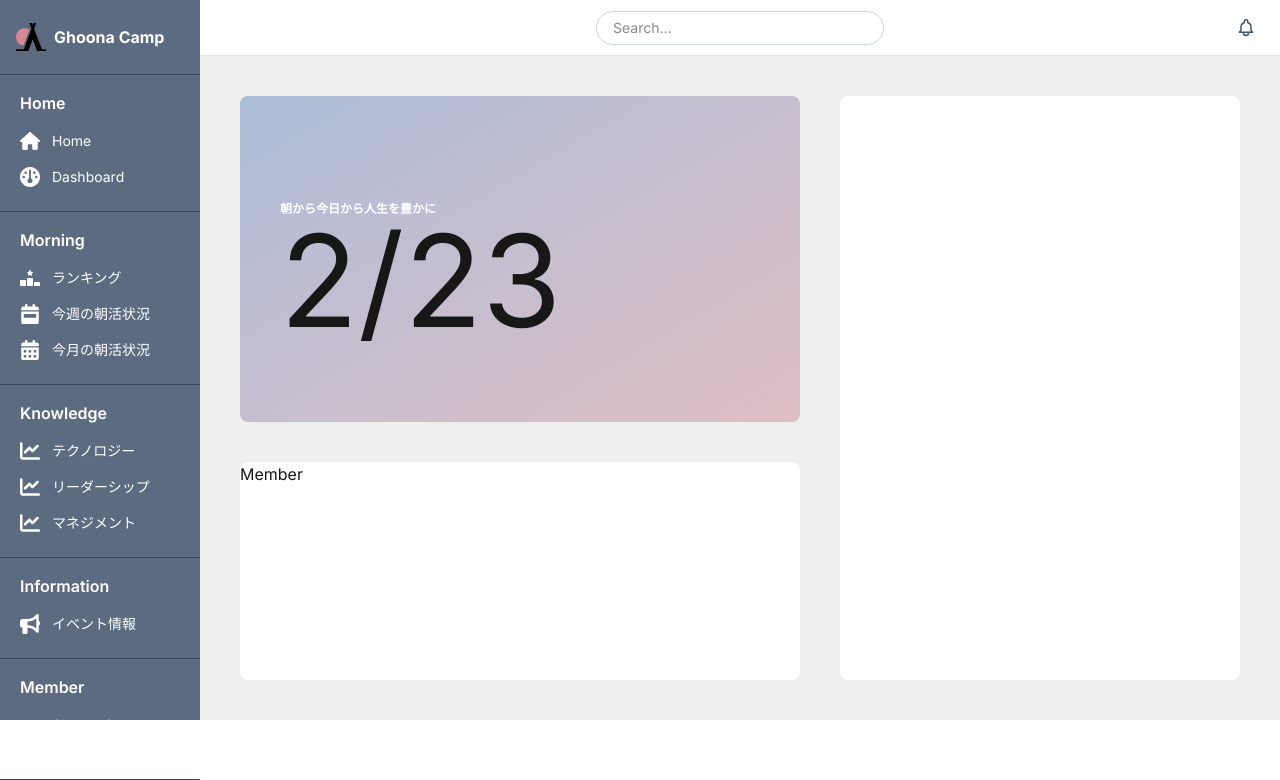
Repository: ShotaGhoona/ghoonacamp_platform
Page: /home
An editor plug-in stored every save of this project. The page is shown before and after the next save, followed by the edit.
The browser window is 1280 px wide. The pictures show the whole page.
The page's requests for data from a server got no answer. The project was rebuilt for these pictures with package versions that can differ from the ones it lists, and the page was loaded fresh each time. The framework's server and built-in components were replaced by stand-ins that run in the browser. No one was signed in, and anything a server would have sent is missing. Also part of the build but not shown: next.config.js.

Above is the page before, as saved 2025-04-25 11:08:49.

After the next save:
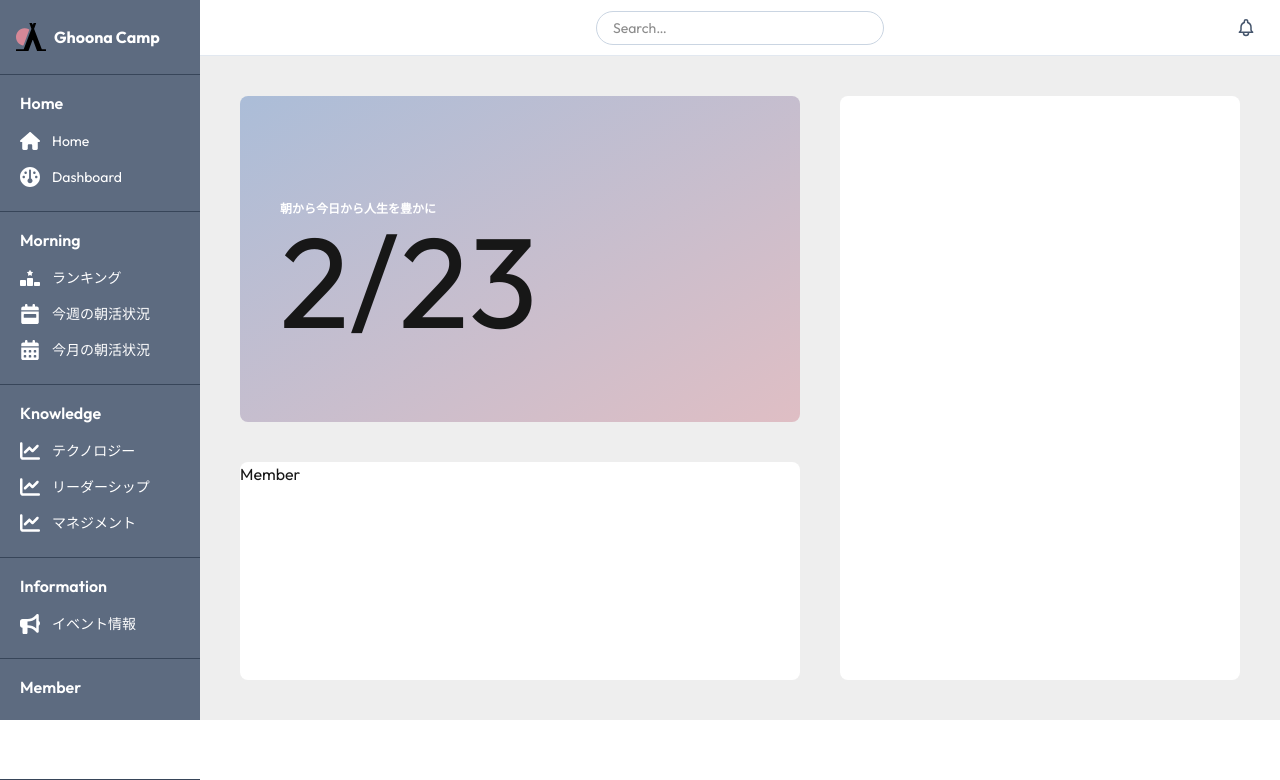
Saved 47 s later.
--- a/src/app/layout.tsx
+++ b/src/app/layout.tsx
@@ -1,11 +1,11 @@
 import type { Metadata } from 'next';
-import { Inter } from 'next/font/google';
+import { Outfit } from 'next/font/google';
 import './globals.css';
 import Sidebar from '@/components/display/sidebar';
 import Header from '@/components/display/header';
 import { AuthProvider } from './providers';
 
-const inter = Inter({ subsets: ['latin'] });
+const outfit = Outfit({ subsets: ['latin'] });
 
 export const metadata: Metadata = {
   title: 'Ghoona Camp',
@@ -19,7 +19,7 @@ export default function RootLayout({
 }) {
   return (
     <html lang="ja">
-      <body className={inter.className}>
+      <body className={outfit.className}>
         <AuthProvider>
           <div className="flex">
             <div className="w-[200px] transition-all duration-300">
